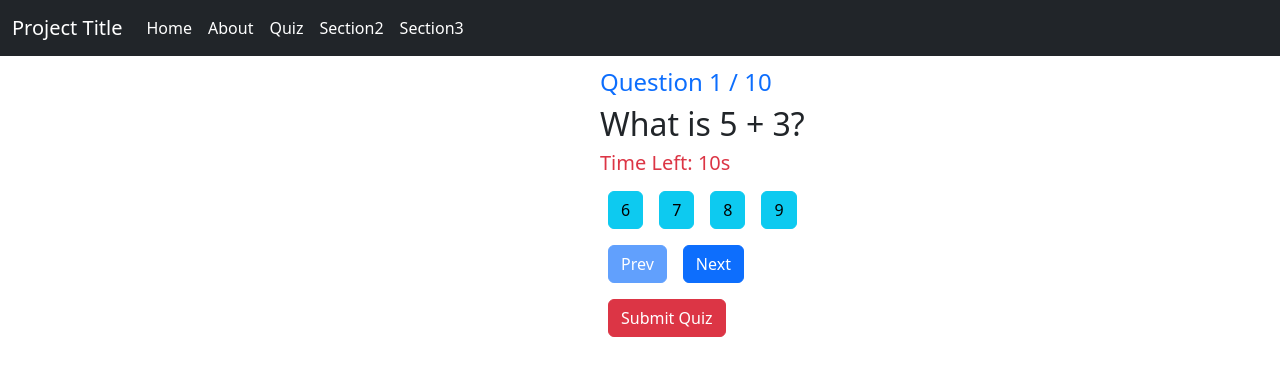
Repository: rahul-chakradhari/devquest
Page: /quiz (app in project/)
These files come from the project's save history. The page is drawn as it stood at one moment and after the next save; the edit follows.
The browser window is 1280 px wide. The pictures show the whole page.
The project was rebuilt for these pictures with package versions that can differ from the ones it lists, and the page was loaded fresh each time. Also part of the build but not shown: project/vite.config.js, project/src/components/Home.jsx, project/src/components/About.jsx, project/src/components/Section2.jsx, project/src/components/Section3.jsx, project/src/index.css.

Above is the page before, as saved 2025-02-23 14:09:35.

After the next save:
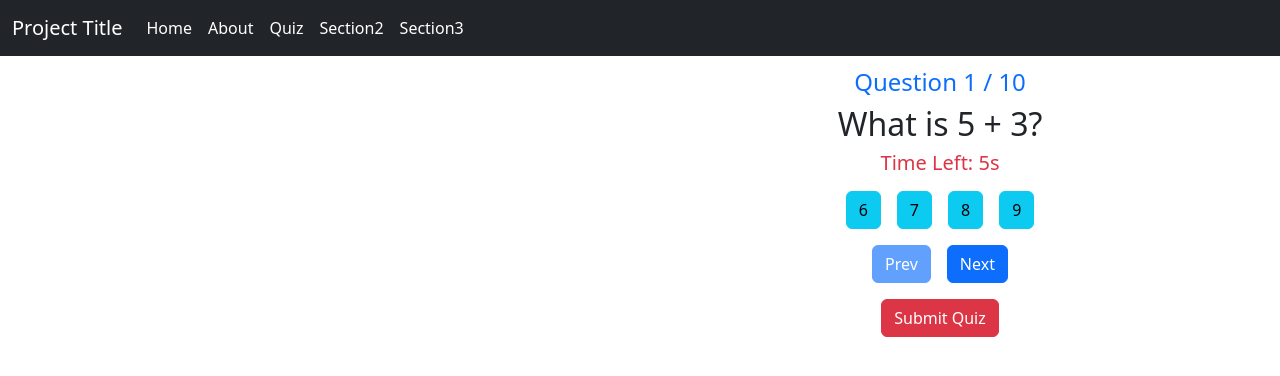
Saved 103 s later.
--- a/project/src/components/Quiz.jsx
+++ b/project/src/components/Quiz.jsx
@@ -33,26 +33,24 @@
   { question: "What is 3²?", options: ["6", "9", "12", "15"], answer: "9" },
 ];
 
-const Quiz = ({ onSubmit }) => {
+const Quiz = () => {
   const [currentQuestion, setCurrentQuestion] = useState(0);
   const [selectedAnswers, setSelectedAnswers] = useState({});
   const [timeLeft, setTimeLeft] = useState(10);
   const [score, setScore] = useState(null);
   const [showFeedback, setShowFeedback] = useState(false);
 
-  // Timer Effect
   useEffect(() => {
     if (timeLeft === 0) {
-      handleNext(); // Auto-move to next question when time expires
+      handleNext();
       return;
     }
     const timer = setTimeout(() => setTimeLeft(timeLeft - 1), 1000);
     return () => clearTimeout(timer);
   }, [timeLeft]);
 
-  // Reset Timer on Question Change
   useEffect(() => {
-    setTimeLeft(15);
+    setTimeLeft(10);
   }, [currentQuestion]);
 
   const handleNext = () => {
@@ -76,7 +74,6 @@
 
   const handleSubmit = () => {
     let calculatedScore = 0;
-
     questions.forEach((q, index) => {
       if (selectedAnswers[index] === q.answer) {
         calculatedScore += 1;
@@ -87,7 +84,6 @@
     setShowFeedback(true);
   };
 
-  // Generate feedback based on score
   const getFeedback = () => {
     if (score >= 8)
       return { message: "🎉 Excellent! Keep it up!", color: "text-success" };
@@ -103,21 +99,15 @@
   };
 
   return (
-    <div className="quiz-container ">
+    <div className="quiz-container text-center">
       {score === null ? (
         <>
-          {/* Question Number Display */}
           <h4 className="text-primary">
             Question {currentQuestion + 1} / {questions.length}
           </h4>
-
-          {/* Question */}
           <h2>{questions[currentQuestion].question}</h2>
-
-          {/* Timer Display */}
           <h5 className="text-danger">Time Left: {timeLeft}s</h5>
 
-          {/* Options */}
           <div className="options mt-3">
             {questions[currentQuestion].options.map((option, index) => {
               const isSelected = selectedAnswers[currentQuestion] === option;
@@ -146,13 +136,17 @@
             >
               Prev
             </button>
-            <button
-              type="button"
-              className="btn btn-primary mx-2"
-              onClick={handleNext}
-            >
-              Next
-            </button>
+
+            {/* Next Button - Hidden on Last Question */}
+            {currentQuestion < questions.length - 1 && (
+              <button
+                type="button"
+                className="btn btn-primary mx-2"
+                onClick={handleNext}
+              >
+                Next
+              </button>
+            )}
           </div>
 
           {/* Always Available Submit Button */}
@@ -168,16 +162,12 @@
         </>
       ) : (
         <>
-          {/* Result Display */}
           <h2 className="text-success">Quiz Completed!</h2>
           <h3 className="text-primary">
             Your Score: {score} / {questions.length}
           </h3>
-
-          {/* Personalized Feedback */}
           <h4 className={getFeedback().color}>{getFeedback().message}</h4>
 
-          {/* Instant Feedback */}
           <div className="feedback mt-3">
             {questions.map((q, index) => (
               <p
@@ -194,7 +184,6 @@
             ))}
           </div>
 
-          {/* Restart Quiz Button */}
           <button
             type="button"
             className="btn btn-warning mt-3"

After the save that followed:
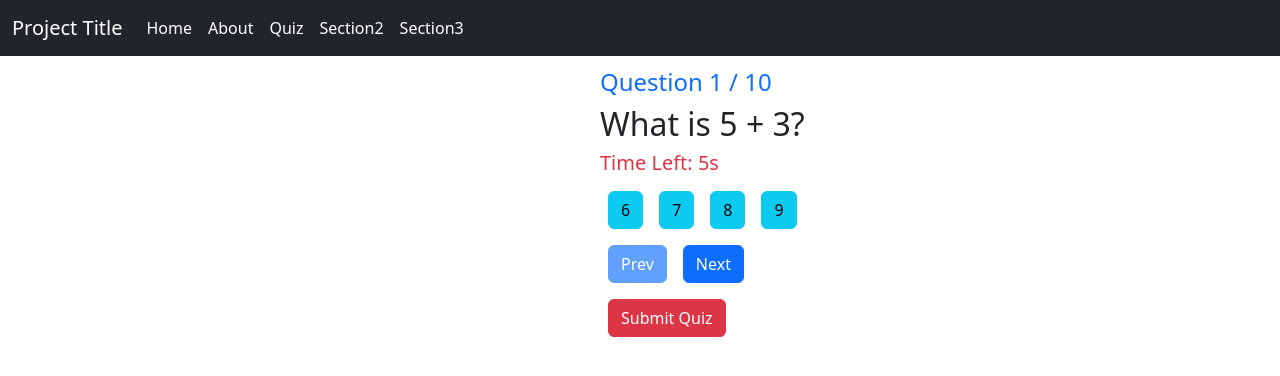
Saved 69 s later.
--- a/project/src/components/Quiz.jsx
+++ b/project/src/components/Quiz.jsx
@@ -99,7 +99,7 @@
   };
 
   return (
-    <div className="quiz-container text-center">
+    <div className="quiz-container ">
       {score === null ? (
         <>
           <h4 className="text-primary">
